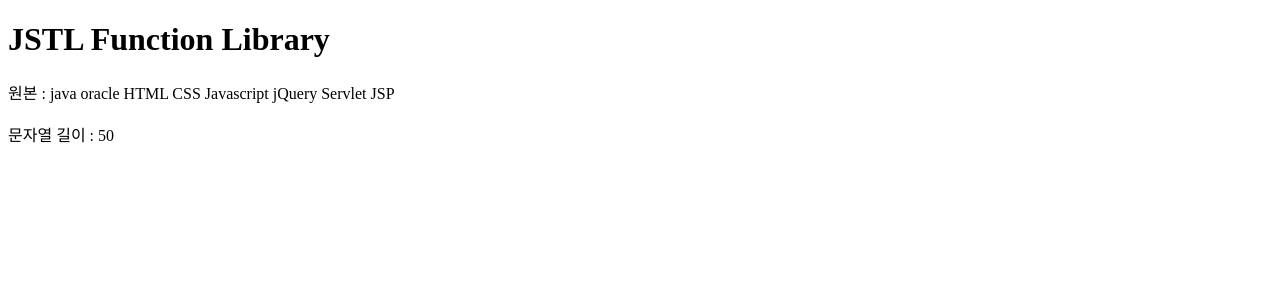
Repository: Parknogyung/Backend
Page: http://localhost/03_EL_JSTL/views/actiontag/jstl/function.jsp
These files come from the project's save history. The page is drawn as it stood at one moment and after the next save; the edit follows.
The browser window is 1280 px wide. The pictures show the whole page.
The page is served by Tomcat 9. Other server files are loaded and not shown.

Above is the page before, as saved 2022-07-14 01:48:31.

### 03_EL_JSTL/src/main/webapp/views/actiontag/jstl/function.jsp
<%@ page language="java" contentType="text/html; charset=UTF-8"
    pageEncoding="UTF-8"%>
<%@ taglib uri="http://java.sun.com/jsp/jstl/core" prefix="c" %>
<%@ taglib uri="http://java.sun.com/jsp/jstl/fmt" prefix="fmt"%>
<%@ taglib uri="http://java.sun.com/jsp/jstl/functions" prefix="fn"%>
<!DOCTYPE html>
<html>
<head>
<meta charset="UTF-8">
<title>Insert title here</title>
</head>
<body>
	<h1>JSTL Function Library</h1>

	<c:set var="str" value="java oracle HTML CSS Javascript jQuery Servlet JSP"></c:set>

	원본 : ${str } <br> <br>

	문자열 길이 : ${fn:length(str) } <br>

</body>
</html>

After the next save:
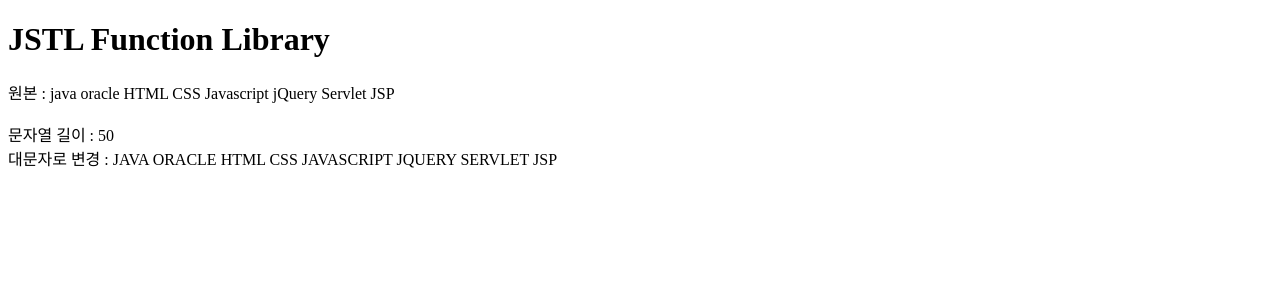
Saved 48 s later.
--- a/03_EL_JSTL/src/main/webapp/views/actiontag/jstl/function.jsp
+++ b/03_EL_JSTL/src/main/webapp/views/actiontag/jstl/function.jsp
@@ -17,6 +17,7 @@
 	원본 : ${str } <br> <br>
 
 	문자열 길이 : ${fn:length(str) } <br>
+	대문자로 변경 : ${fn:toUpperCase(str) }
 
 </body>
 </html>
